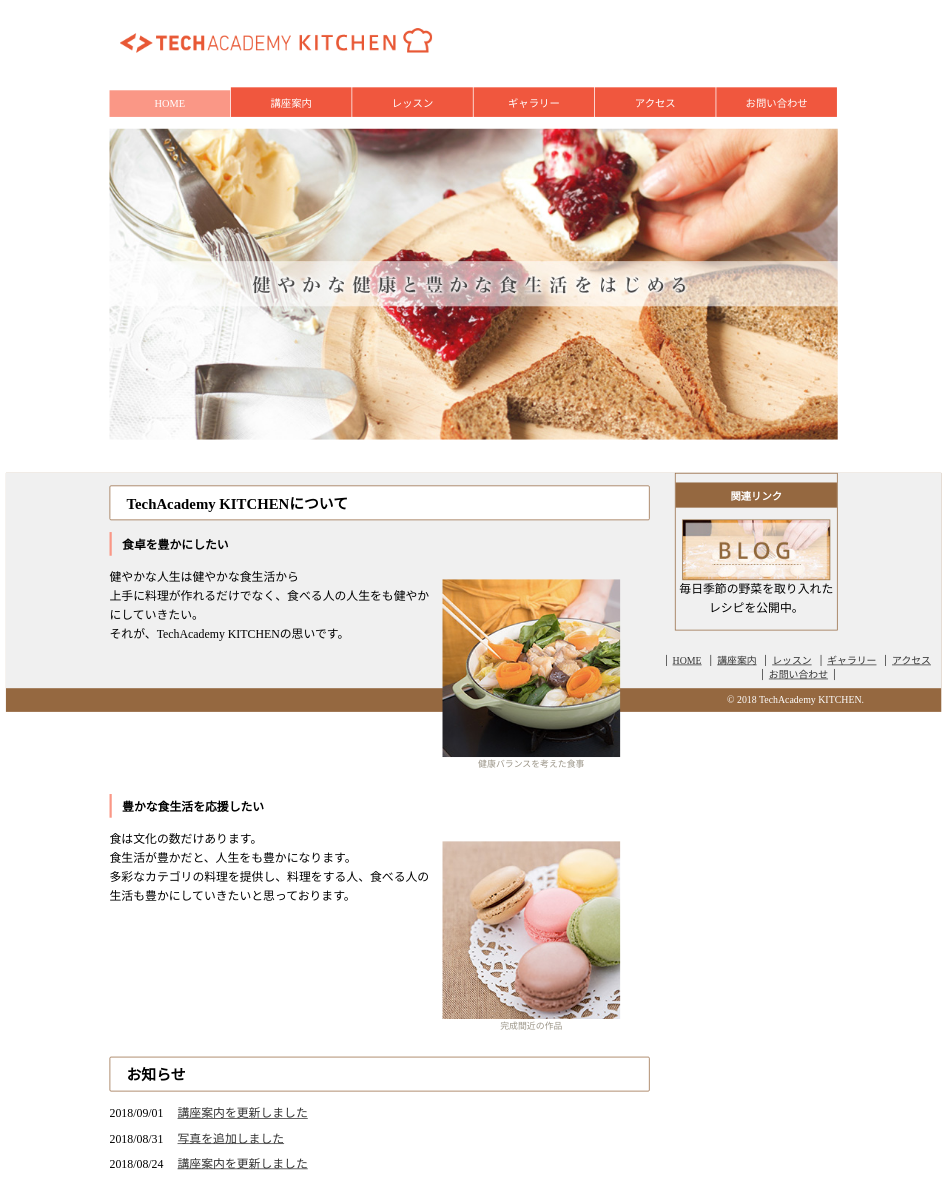
Repository: mizukits2/kadai-monolist
Page: kitchen.html
The author's editor kept a record of every edit. The page is drawn from the files as they stood at one moment, then again after the next edit.
The browser window is 1280 px wide. The pictures show the whole page, at 74% of full size.

Above is the page before.

After the next edit:
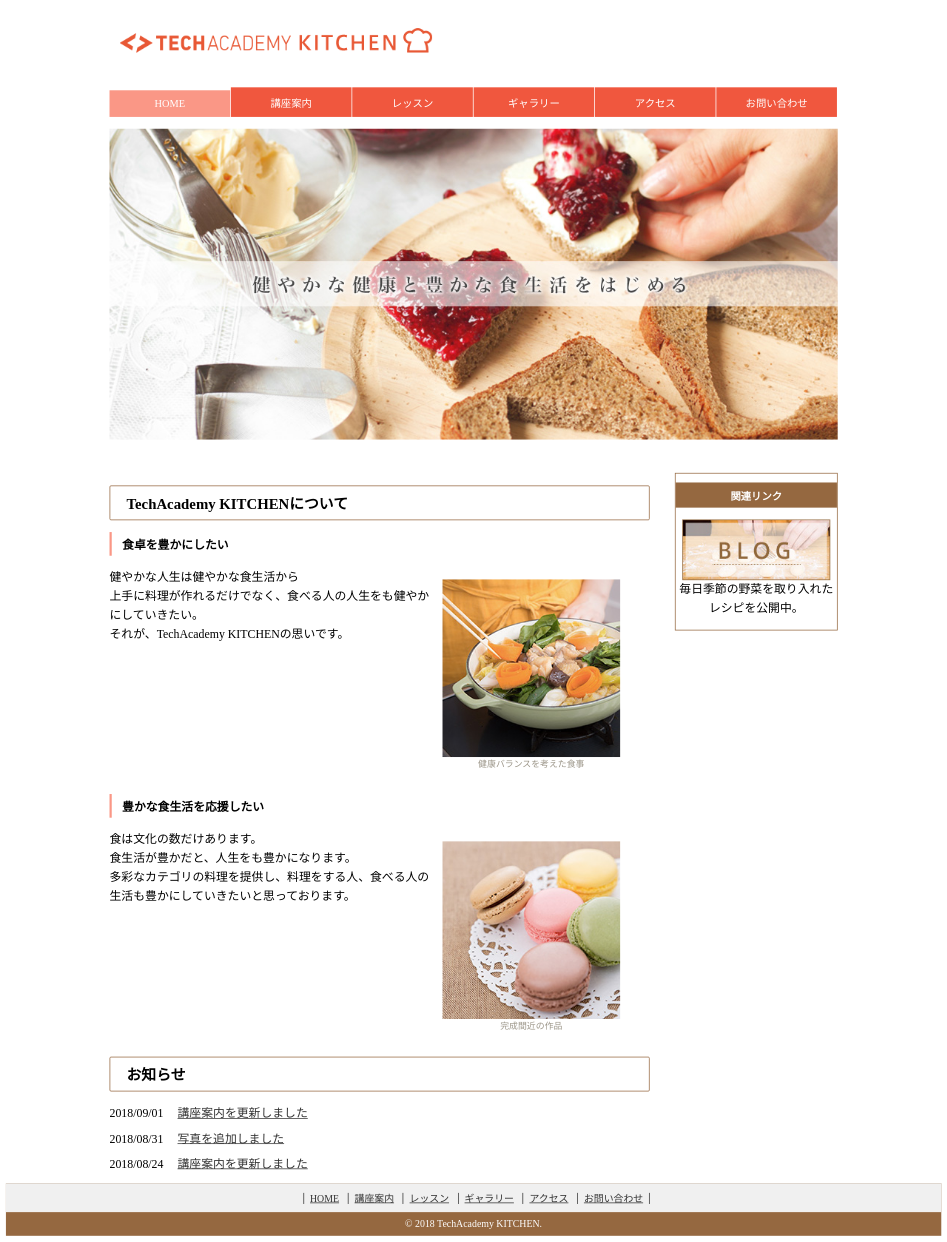
The edit:
--- a/kitchen.html
+++ b/kitchen.html
@@ -27,7 +27,7 @@
         </div>
         <!--メインビジュアル画像ここまで-->
         <!--ここからwrapperー-->
-        <div id="wrapper">
+        <div id="wrapper" class="clearfix">
             <!--ここからメイン-->
             <div id="main">
                 <section id="point">
